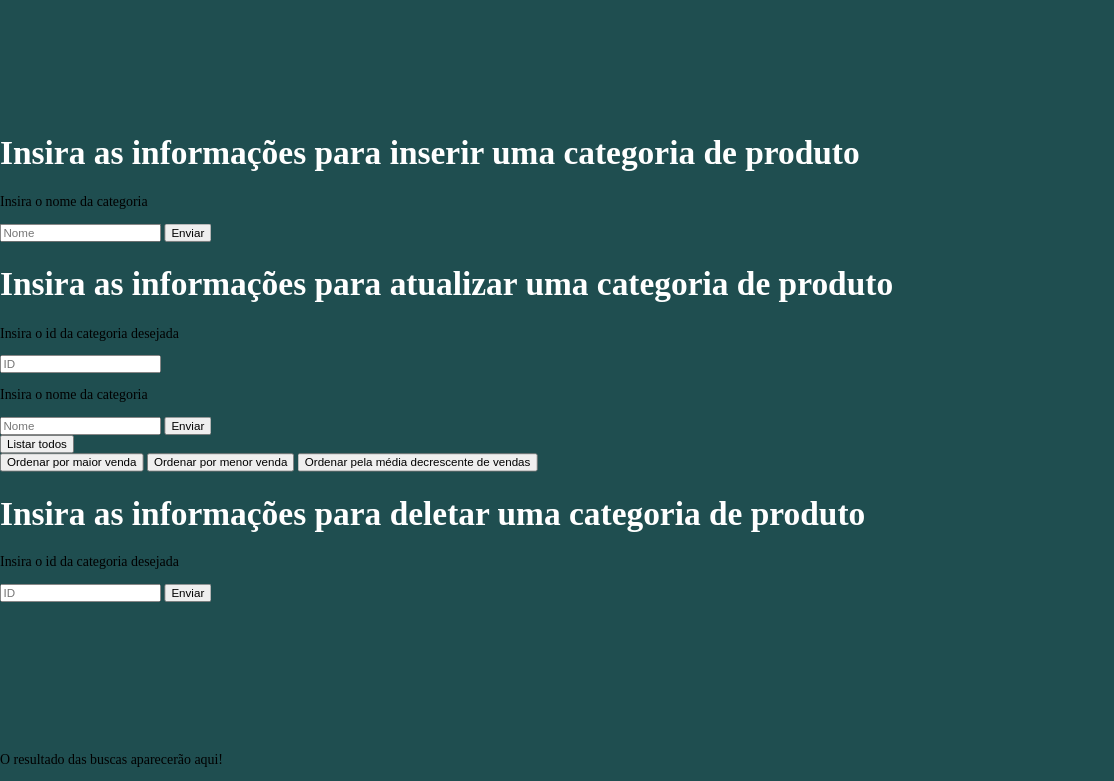
Repository: Matheus-Lacerda009/ERP-Financeiro
Page: Front/categoria_item/categoria_item.html
An editor plug-in stored every save of this project. The page is shown before and after a run of saves, followed by the edit.
The browser window is 1280 px wide. The pictures show the whole page, at 87% of full size.

Above is the page before, as saved 2026-07-13 19:44:47.

### Front/categoria_item/categoria_item.html
<!DOCTYPE html>
<html lang="en">
<head>
    <meta charset="UTF-8">
    <meta name="viewport" content="width=device-width, initial-scale=1.0">
    <link rel="stylesheet" href="categoria_item.css">
    <title>Document</title>
</head>
<body>
    <main>
        <div class="container">
            <div id="post" class="dados">
                <form id="formPost">
                    <h1>Insira as informações para inserir uma categoria de produto</h1>
                    <p>Insira o nome da categoria</p>
                    <input placeholder="Nome" id="nomePost">
                    <button type="submit">Enviar</button>
                </form>
            </div>
            <div id="put" class="dados">
                <form id="formPut">
                    <h1>Insira as informações para atualizar uma categoria de produto</h1>
                    <p>Insira o id da categoria desejada</p>
                    <input placeholder="ID" id="idPut">
                    <p>Insira o nome da categoria</p>
                    <input placeholder="Nome" id="nomePut">
                    <button type="submit">Enviar</button>
                </form>
            </div>
            <div id="get" class="dados">
                <button id="getTodos">Listar todos</button>
            </div>
            <div id="getId" class="dados">
                <button id="maiorVenda">Ordenar por maior venda</button>
                <button id="menorVenda">Ordenar por menor venda</button>
                <button id="mediaVenda">Ordenar pela média decrescente de vendas</button>
            </div>
            <div id="delete" class="dados">
                <form  id="formDelete">
                    <h1>Insira as informações para deletar uma categoria de produto</h1>
                    <p>Insira o id da categoria desejada</p>
                    <input placeholder="ID" id="idDelete">
                    <button type="submit">Enviar</button>
                </form>
            </div>
        </div>
        <div id="resultados">
            <p id="resultadoBusca">O resultado das buscas aparecerão aqui!</p>
        </div>
    </main>
</body>
<script src="categoria_item.js"></script>
</html>

### Front/categoria_item/categoria_item.css
header{
    position: fixed;
    top: 0;
    left: 0;
    width: 100%;
    height: 20%;
    background-color: #12263af3;
    z-index: 1;
    text-align: center;
    align-content: center;
}

footer{
    position: fixed;
    bottom: 0;
    left: 0;
    width: 100%;
    height: 10%;
    background-color: #12263af3;
    text-align: center;
    align-content: center;
}

#github{
    color: white;
    font-size: 300%;
    text-decoration-color: white;
}

header, h1{
    font-size: 300%;
    color: white;
    font-size: 3vw;
}

header, h2{
    color: white;
    font-size: 1.5vw;
}

body{
    margin: 0;
    padding: 0;
    background-color: #1f4e50;
}

.container{
    height: 100vh;
    width: 100%;
    margin-top: 10%;
    align-content: start;
}

/* * {
    margin: 0;
    align-items: center;
}

.container{
    display: flex;
    height: 50%;
    width: 100%;
    justify-content: center;
    margin: auto;
}

.dados{
    width: 70vw;
    height: 30vh;
    border: 3px solid black;
    text-align: center;
    justify-content: center;
    display: flex;
    margin: auto;
}

#resultados{
    margin-bottom: 100%;
    width: 99%;
    height: 45%;
    border: 3px solid black;
    margin: auto;
} */

### Front/categoria_item/categoria_item.js
document.getElementById("formPost").addEventListener("submit", async (event) => {
    event.preventDefault();
    try{
        const obj = {"nome" : document.getElementById("nomePost").value};
        const resposta = await fetch("http://localhost:8085/categoria_item", {
            method : "POST",
            headers : {"Content-Type" : "application/json"},
            body : JSON.stringify(obj)
        });
        const retorno = await resposta.json();
    } catch (error) {
        console.log(error);
    }
});


document.getElementById("getTodos").addEventListener("click", async (event) => {
    event.preventDefault();
    const resultado = document.getElementById("resultadoBusca");
    try{
        const resposta = await fetch("http://localhost:8085/categoria_item", {
            method : "GET"
        });
        const retorno = await resposta.json();
        let res = "";
        for(let i = 0; i < retorno.length; i++){
            res += `<p>> Id: ${retorno[i].id_categoria_item} | Nome: ${retorno[i].nome}<p><br>`;
        }
        resultado.innerHTML = res;
    } catch (error) {
        console.log(error);
    }
});

document.getElementById("maiorVenda").addEventListener("click", async (event) => {
    event.preventDefault();
    const resultado = document.getElementById("resultadoBusca");
    try{
        const resposta = await fetch("http://localhost:8085/categoria_item/maiorVenda", {
            method : "GET"
        });
        const retorno = await resposta.json();
        let res = "";
        let nomes = retorno["NomeCategoria"];
        let vendas = retorno["VendaCategoria"];
        for(let i = 0; i < nomes.length; i++){
            res += `<p>> Nome da categoria: ${nomes[i]} | Valor de venda: ${vendas[i]}<p><br>`;
        }
        resultado.innerHTML = res;
    } catch (error) {
        console.log(error);
    }
});

document.getElementById("menorVenda").addEventListener("click", async (event) => {
    event.preventDefault();
    const resultado = document.getElementById("resultadoBusca");
    try{
        const resposta = await fetch("http://localhost:8085/categoria_item/menorVenda", {
            method : "GET"
        });
        const retorno = await resposta.json();
        let res = "";
        let nomes = retorno["NomeCategoria"];
        let vendas = retorno["VendaCategoria"];
        for(let i = 0; i < nomes.length; i++){
            res += `<p>> Nome da categoria: ${nomes[i]} | Valor de venda: ${vendas[i]}<p><br>`;
        }
        resultado.innerHTML = res;
    } catch (error) {
        console.log(error);
    }
});

document.getElementById("mediaVenda").addEventListener("click", async (event) => {
    event.preventDefault();
    const resultado = document.getElementById("resultadoBusca");
    try{
        const resposta = await fetch("http://localhost:8085/categoria_item/mediaVenda", {
            method : "GET"
        });
        const retorno = await resposta.json();
        let res = "";
        let nomes = retorno["NomeCategoria"];
        let vendas = retorno["VendaCategoria"];
        for(let i = 0; i < nomes.length; i++){
            res += `<p>> Nome da categoria: ${nomes[i]} | Valor médio de venda: ${vendas[i]}<p><br>`;
        }
        resultado.innerHTML = res;
    } catch (error) {
        console.log(error);
    }
});

document.getElementById("formPut").addEventListener("submit", async (event) => {
    event.preventDefault();
    try{
        const id = document.getElementById("idPut").value;
        const obj = {"nome" : document.getElementById("nomePut").value};
        const resposta = await fetch(`http://localhost:8085/categoria_item/${id}`, {
            method : "PUT",
            headers : {"Content-Type" : "application/json"},
            body : JSON.stringify(obj)
        });
        const retorno = await resposta.json();
    } catch (error) {
        console.log(error);
    }
});

document.getElementById("formDelete").addEventListener("submit", async (event) => {
    event.preventDefault();
    try{
        const id = document.getElementById("idDelete").value;
        const resposta = await fetch(`http://localhost:8085/categoria_item/${id}`, {
            method : "DELETE"
        });
    } catch (error) {
        console.log(error);
    }
});

After the next 3 saves:
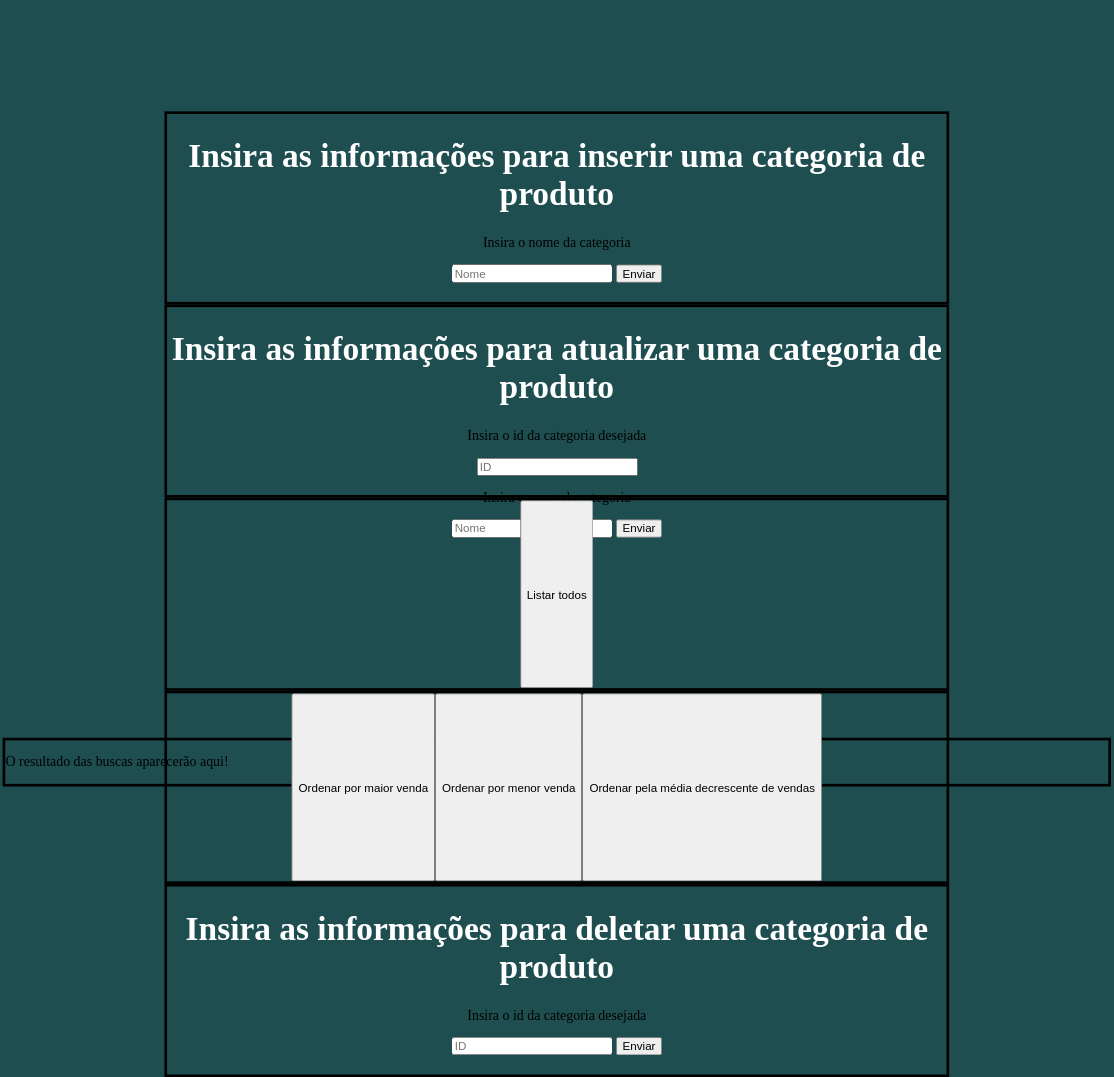
The 3 saves are shown as one change because they came seconds apart.
The last was saved 9 s later.
--- a/Front/categoria_item/categoria_item.css
+++ b/Front/categoria_item/categoria_item.css
@@ -51,19 +51,6 @@ body{
     align-content: start;
 }
 
-/* * {
-    margin: 0;
-    align-items: center;
-}
-
-.container{
-    display: flex;
-    height: 50%;
-    width: 100%;
-    justify-content: center;
-    margin: auto;
-}
-
 .dados{
     width: 70vw;
     height: 30vh;
@@ -80,4 +67,4 @@ body{
     height: 45%;
     border: 3px solid black;
     margin: auto;
-} */
+}
